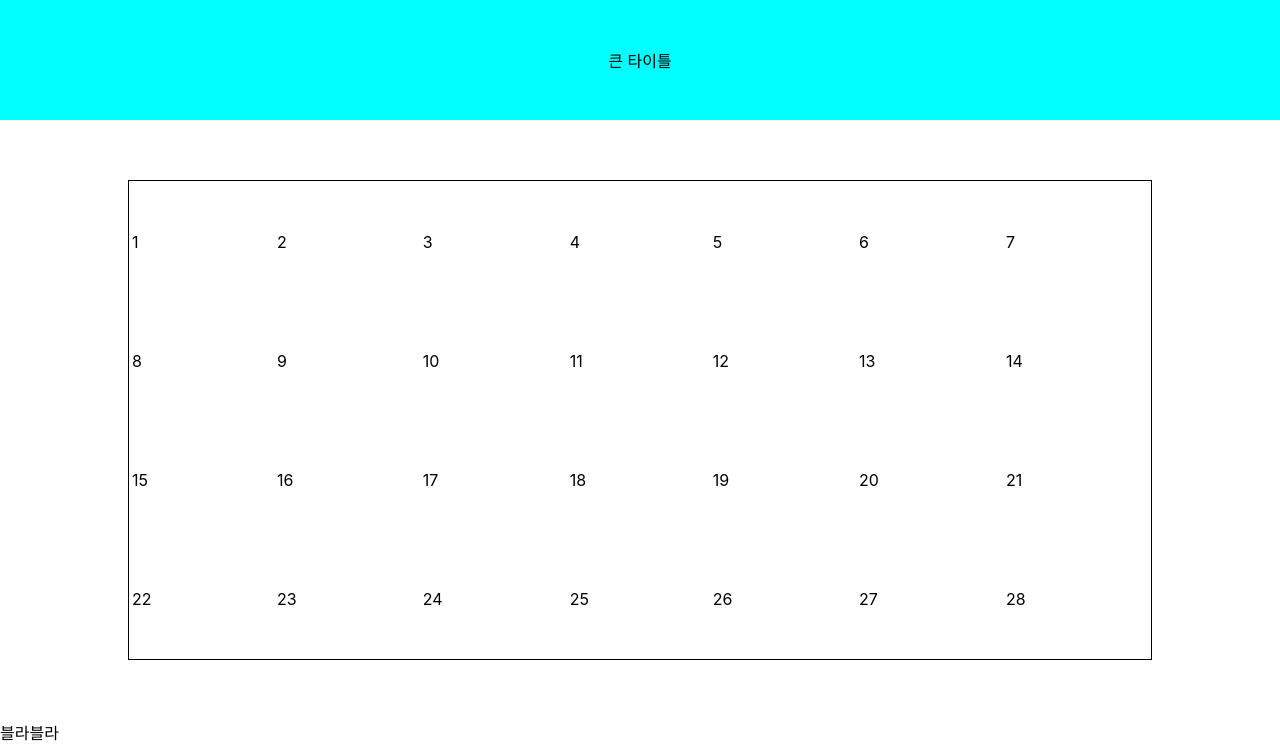
Repository: honeybong/SANGBONG
Page: /
These files come from the project's save history. The page is drawn as it stood at one moment and after the next save; the edit follows.
The browser window is 1280 px wide. The pictures show the whole page.
The project was rebuilt for these pictures with package versions that can differ from the ones it lists, and the page was loaded fresh each time.

Above is the page before, as saved 2023-03-22 12:56:56.

After the next save:
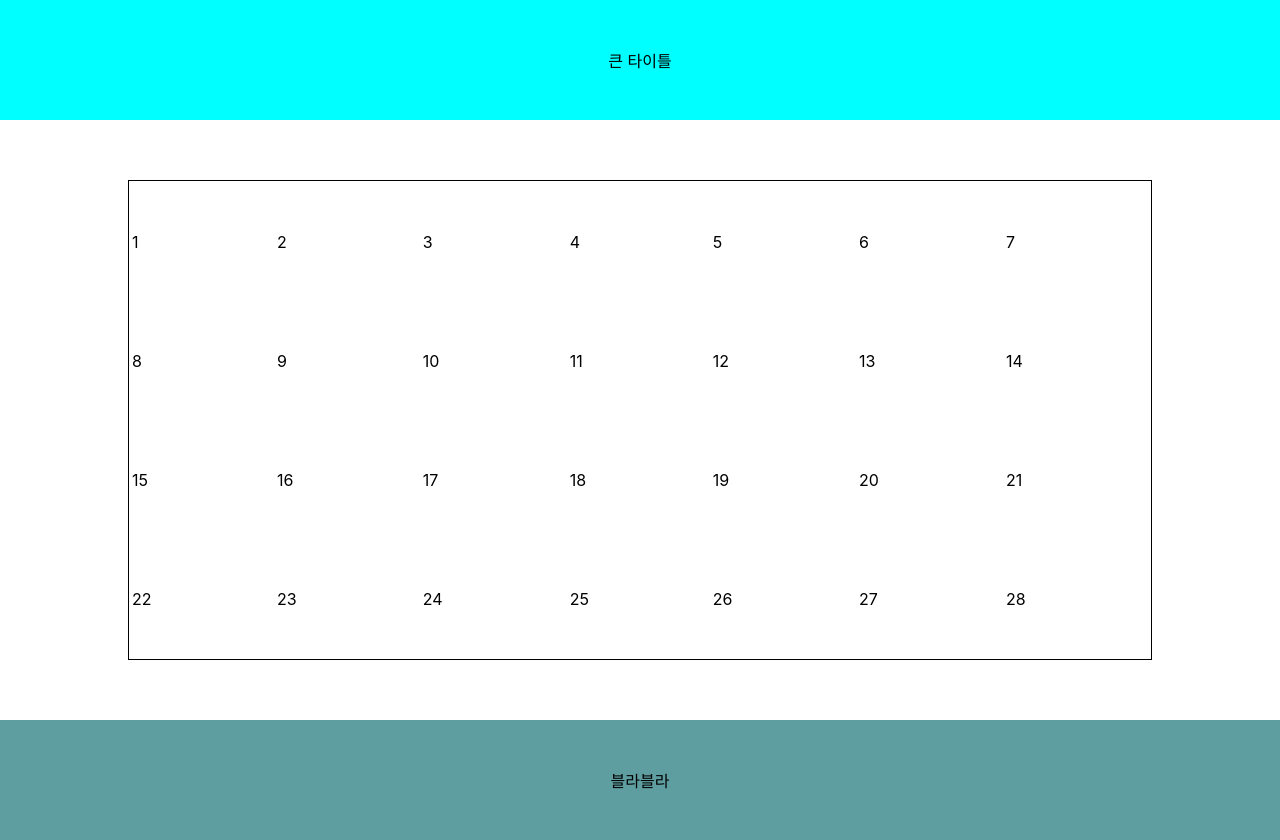
Saved 74 s later.
--- a/src/App.scss
+++ b/src/App.scss
@@ -25,5 +25,12 @@
   }
 }
 .test-footer {
-
+  .test-mes {
+    background-color: cadetblue;
+    text-align: center;
+    display: flex;
+    height: 120px;
+    justify-content: center;
+    align-items: center;
+  }
 }
